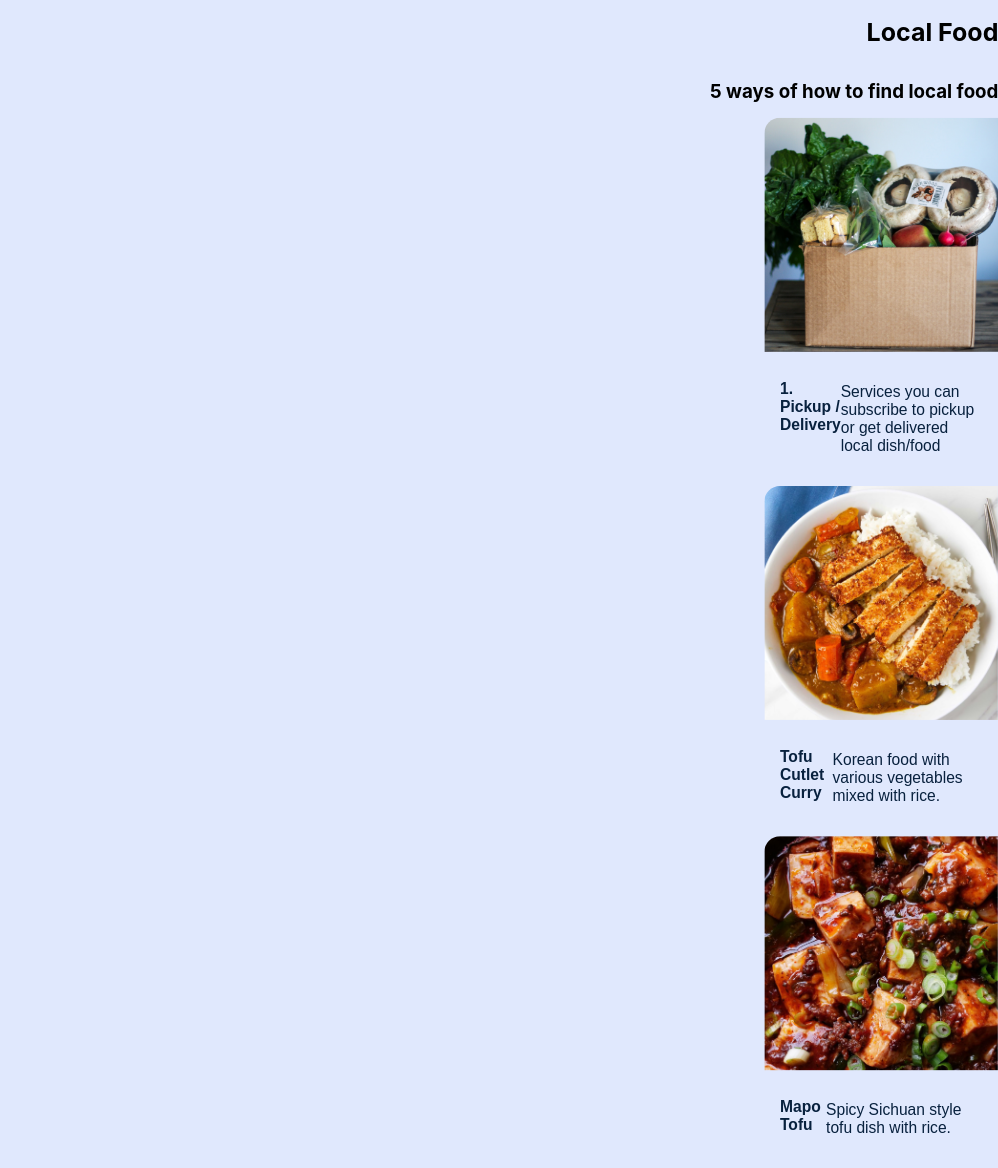
Repository: Kinakopan/design_mindfulEating_site
Page: /localfood (app in firstapp/)
The author's editor kept a copy of each file at every save. The page is drawn from the files as they stood at one save, then again after the next save.
The browser window is 1280 px wide. The pictures show the whole page, at 78% of full size.
The project was rebuilt for these pictures with package versions that can differ from the ones it lists, and the page was loaded fresh each time. The framework's server and built-in components were replaced by stand-ins that run in the browser. Also part of the build but not shown: firstapp/next.config.js, firstapp/comps/Navbar/index.js.

Above is the page before, as saved 2022-04-21 20:09:15.

### firstapp/pages/localfood.js
import Navbar from "../comps/Navbar";
import LocalCard from "../comps/Localfood/LocalCard";

import styled from 'styled-components';

const StyledRecipes = styled.div`
    background-color:#E0E8FD;
    display:flex;
    flex-direction:column;
    align-items:end;
`;

// const BgChange = styled.div`
// background-color:#E0E8FD;
// `;


export default function LocalFood(){
    return (
    <StyledRecipes>
        {/* <BgChange> */}

        <h1>Local Food</h1>
        <h2>5 ways of how to find local food</h2>

            <LocalCard
            img="/localfood/picup.jpg"
            title="1. Pickup / Delivery"
            paragraph="Services you can subscribe to pickup or get delivered local dish/food"
            top="820px"
            />

            <LocalCard
            img="/recipes3.png"
            title="Tofu Cutlet Curry"
            paragraph="Korean food with various vegetables mixed with rice."
            top="1020px"
            />

            <LocalCard
            img="/recipes4.png"
            title="Mapo Tofu"
            paragraph="Spicy Sichuan style tofu dish with rice."
            top="1220px"
            />

        {/* </BgChange> */}
    </StyledRecipes>
    )
}

### firstapp/comps/Localfood/LocalCard.js

import styled from 'styled-components';

const StyledCard = styled.div`
    display:flex;
    flex-direction:column;
    color:${props=>props.text_color};
    height:auto;
    width:300px;
    font-family: 'm plus 1', sans-serif;
    border-radius: 20px 0 0 20px;
    overflow: hidden;
`;

const ImgBox = styled.div`
    height: 300px;
`;

const Img = styled.img`
    width: 100%;
    height: 100%;
    object-fit: cover;
`;

const TxtBox = styled.div`
    display:flex;
    // background:#fff;
    padding: 20px;
`;

const Ttl = styled.h2`
    color:${props=>props.text_color};
    font-family: 'm plus 1', sans-serif;
    font-size:20px;
`;

const Txt = styled.p`
    color:${props=>props.text_color};
    font-family: 'm plus 1', sans-serif;
    font-size:20px;
`;

// const Para = styled(Title)`
// font-size:16px;
// `


export default function LocalCard({
  img="/recipes1.png",
  tcl="#08213E",
  title="1. Pickup / Delivery",
  paragraph="Services you can subscribe to pickup or get delivered local dish/food",
}){

  return <StyledCard text_color={tcl}>
    <ImgBox>
      <Img src={img} />
    </ImgBox>

    <TxtBox>
      <Ttl>{title}</Ttl>
      <Txt>{paragraph}</Txt>
    </TxtBox>

  </StyledCard>

}

Loaded but not shown: firstapp/pages/_app.js (common file); firstapp/styles/globals.css (common file)

After the next save:
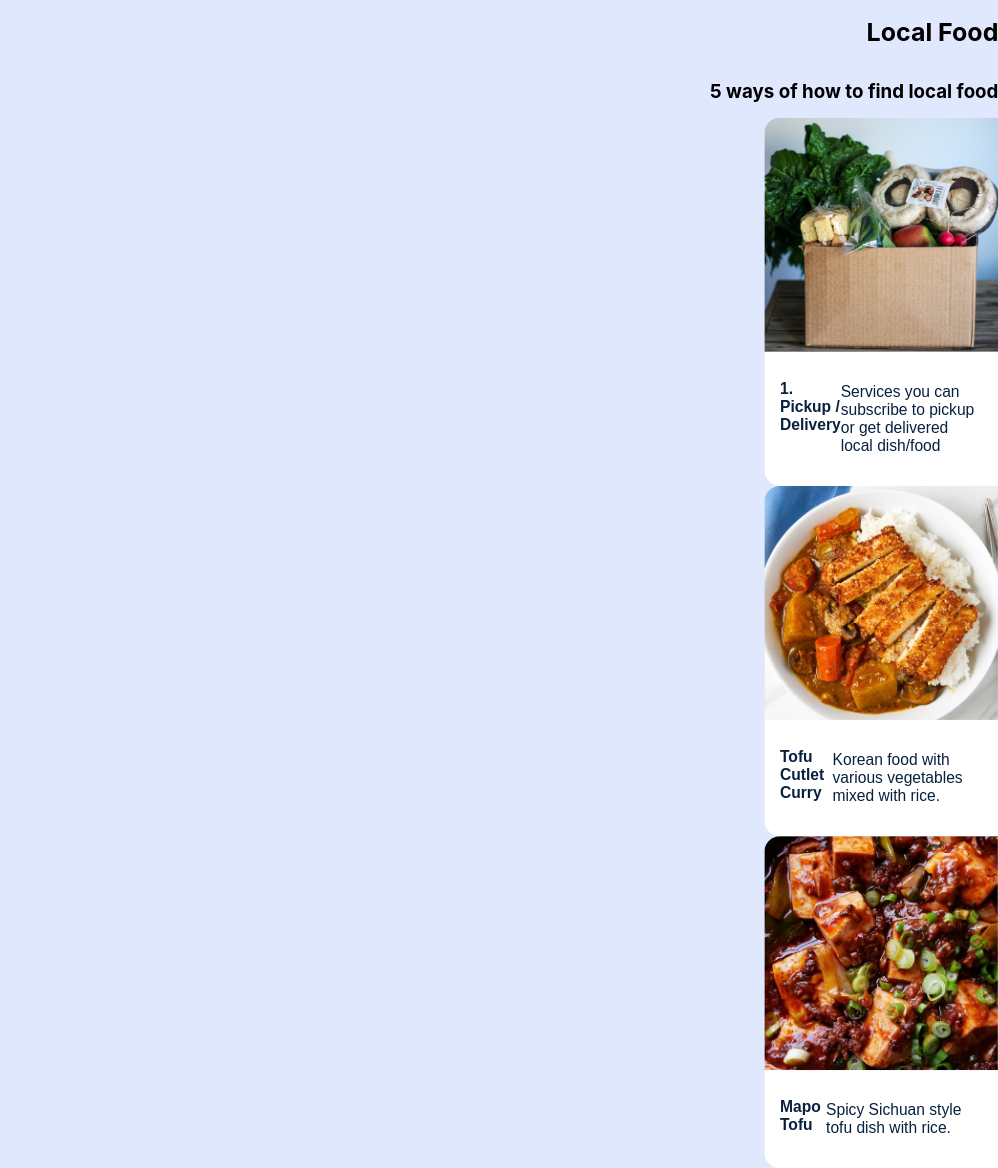
Saved 6 s later.
--- a/firstapp/comps/Localfood/LocalCard.js
+++ b/firstapp/comps/Localfood/LocalCard.js
@@ -24,7 +24,7 @@ const Img = styled.img`
 
 const TxtBox = styled.div`
     display:flex;
-    // background:#fff;
+    background:#fff;
     padding: 20px;
 `;
 
